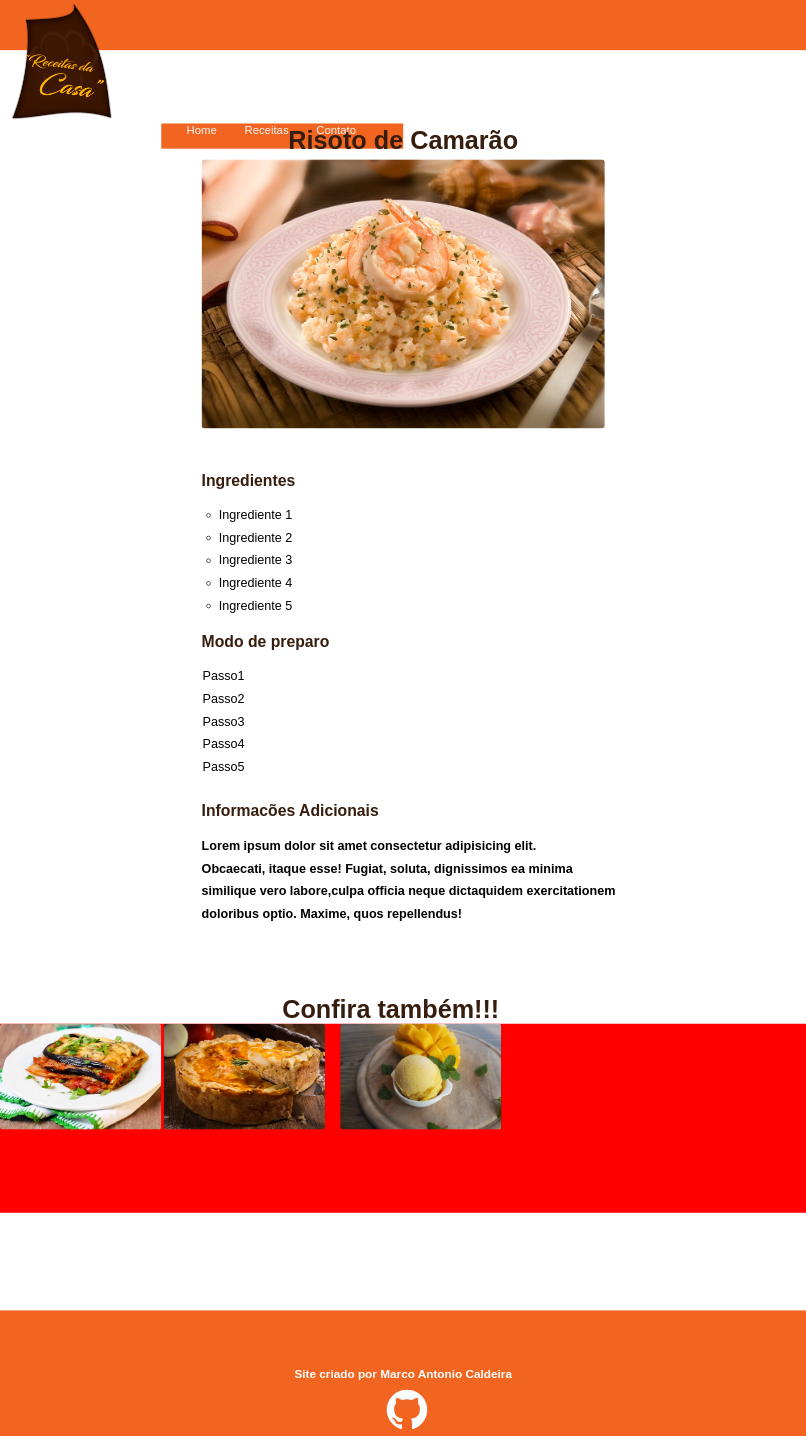
Repository: MarcoantonioCaldeira/Aprendizados-e-Conhecimentos
Page: Receitas da Casa/index.html
The author's editor kept a copy of each file at every save. The page is drawn from the files as they stood at one save, then again after the next save.
The browser window is 1280 px wide. The pictures show the whole page, at 63% of full size.

Above is the page before, as saved 2022-05-29 21:57:09.

After the next save:
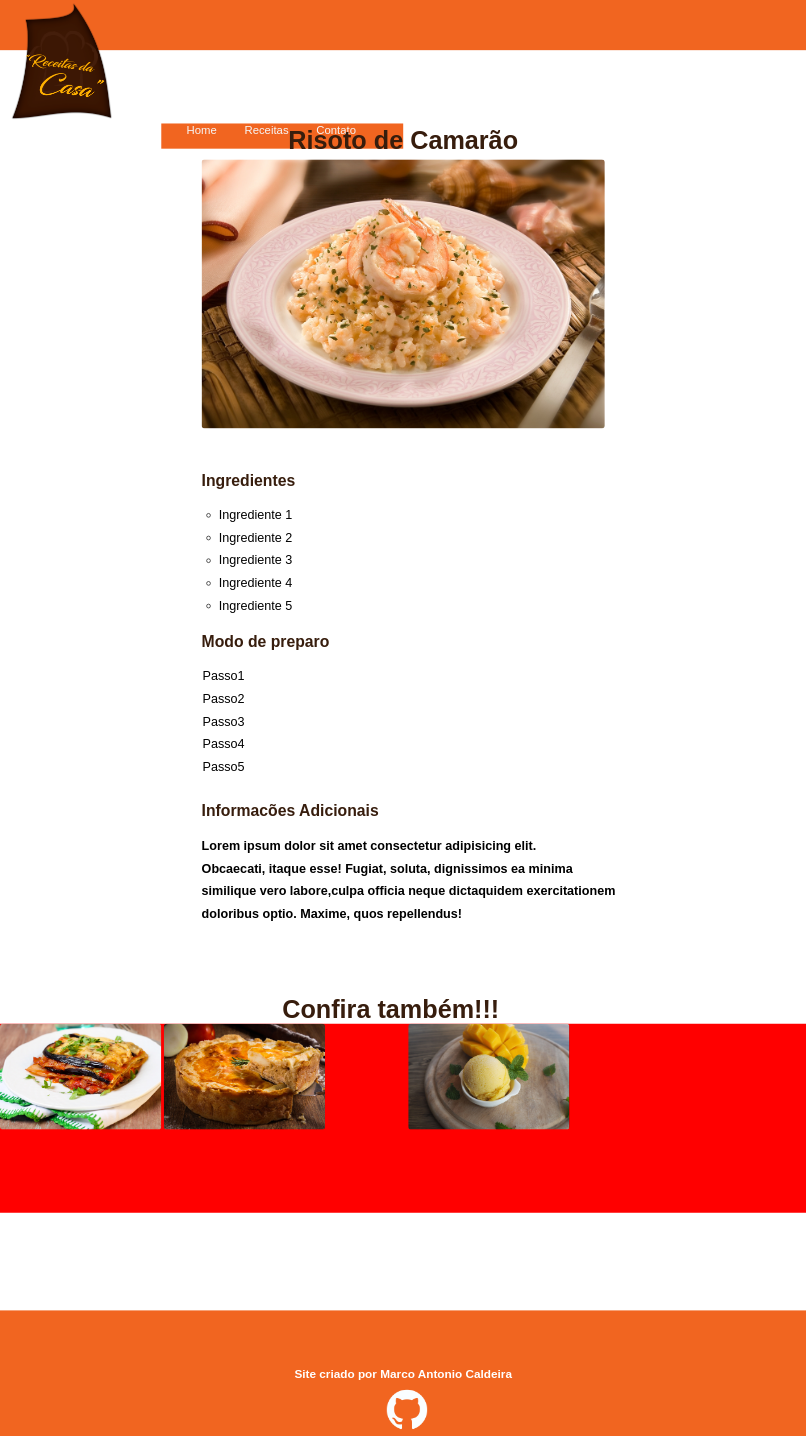
Saved 7 s later.
--- a/Receitas da Casa/css/estilo.css
+++ b/Receitas da Casa/css/estilo.css
@@ -52,7 +52,7 @@
 
 .img_receita3{
   position:relative;
-  margin-left: 20px;
+  margin-left: 10%;
   border-radius:5px;
   width:20%;
 }
